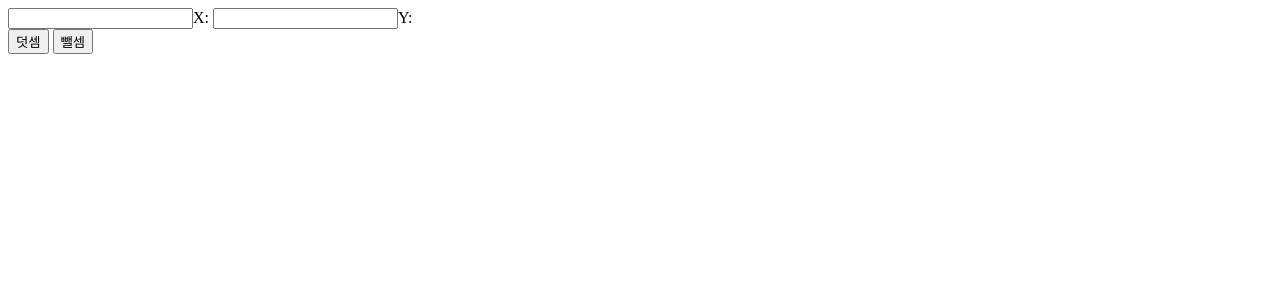
Repository: Doyoung-Park/JSP_Servlet
Page: workspace/JSPPrj/src/main/webapp/add2.html
An editor plug-in stored every save of this project. The page is shown before and after the next save, followed by the edit.
The browser window is 1280 px wide. The pictures show the whole page.

Above is the page before, as saved 2022-01-13 02:53:20.

After the next save:
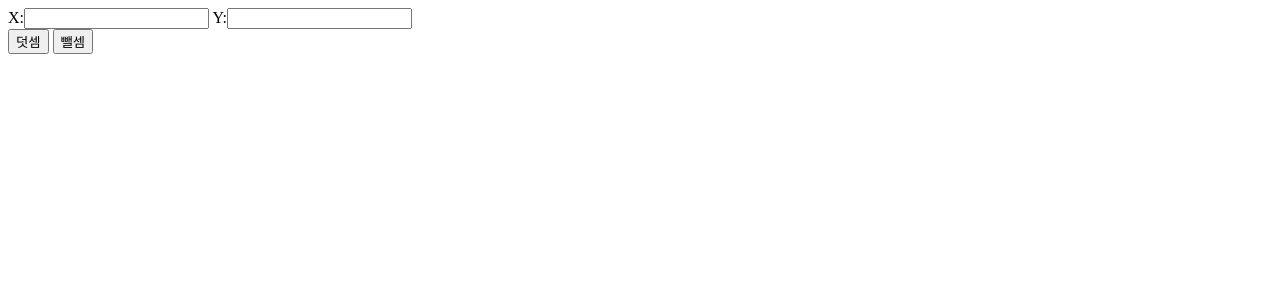
Saved 24 s later.
--- a/workspace/JSPPrj/src/main/webapp/add2.html
+++ b/workspace/JSPPrj/src/main/webapp/add2.html
@@ -9,8 +9,8 @@
 		<form action="calc" method="post">
 
 		 	<div>
-		 		<input type="text" name="X"/>X:	<!--  name tag를 단 input msg -->
-		 		<input type="text" name="Y"/>Y:
+		 		X:<input type="text" name="X"/>	<!--  name tag를 단 input msg -->
+		 		Y:<input type="text" name="Y"/>
 		 		<div>
 		 			<input type="submit" name="operator" value="덧셈"/>
 		 			<input type="submit" name="operator" value="뺄셈"/>
